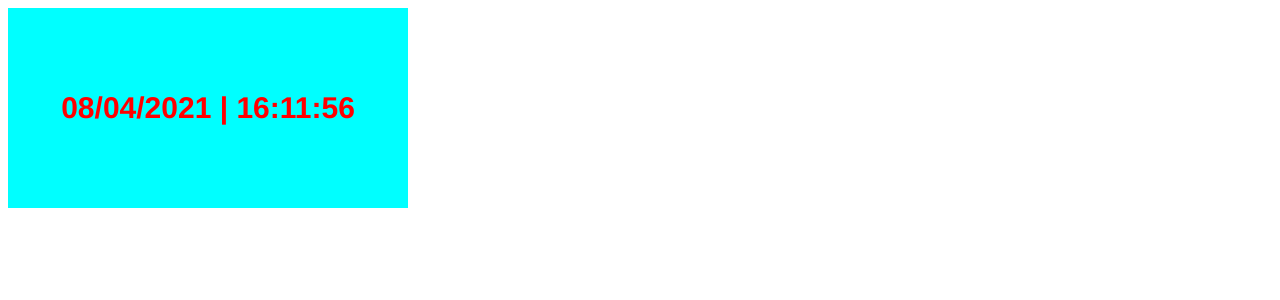
Repository: Widzisz/zadania-JavaScript
Page: www/index.html
These files come from the project's save history. The page is drawn as it stood at one moment and after the next save; the edit follows.
The browser window is 1280 px wide. The pictures show the whole page.

Above is the page before, as saved 2021-04-08 18:35:37.

### www/index.html
<!DOCTYPE HTML>
<html lang="pl">

<head>
	<meta charset="utf-8" />
	<link rel="stylesheet" href="main.css">
	<title>Odliczanie czasu</title>

	<script type="text/javascript" src="timer.js">
	</script>

</head>

<body onload="timer()">

	<div class="container">
		<div id="zegar"></div>
	</div>

	<script type="text/javascript">
	</script>

</body>

</html>

### www/main.css
.container {
  display: flex;
  justify-content: center;
  align-items: center;
  height: 200px;
  width: 400px;
  background-color: aqua;
  font-size: 20px;
}

#zegar {
    font-family: 'Franklin Gothic Medium', 'Arial Narrow', Arial, sans-serif;
    font-size: 1.5em;
    font-weight: bold;
    color: red;
    animation: color-change 5s infinite;
}

@keyframes color-change {
    0% { color: red; }
    50% { color: blue; }
    100% { color: red; }
  }

### www/timer.js







function timer() {
	let today = new Date();

	let day = today.getDate();
	if (day < 10) {
		day = "0" + day;
	}
	let month = today.getMonth() + 1;
	if (month < 10) {
		month = "0" + month;
	}
	let year = today.getFullYear();

	let hours = today.getHours();
	if (hours < 10) {
		hours = "0" + hours;
	}
	let minutes = today.getMinutes();
	if (minutes < 10) {
		minutes = "0" + minutes;
	}
	let seconds = today.getSeconds();
	if (seconds < 10) {
		seconds = "0" + seconds;
	}

	document.getElementById("zegar").innerHTML = day + "/" + month + "/" + year
		+ " " + "|" + " " + hours + ":" + minutes + ":" + seconds;

	setTimeout("timer()", 1000);
}


























































// function odliczanie() {
// 	var dzisiaj = new Date();

// 	var dzien = dzisiaj.getDate();
// 	var miesiac = dzisiaj.getMonth() + 1;
// 	var rok = dzisiaj.getFullYear();

// 	var godzina = dzisiaj.getHours();
// 	if (godzina < 10) godzina = "0" + godzina;

// 	var minuta = dzisiaj.getMinutes();
// 	if (minuta < 10) minuta = "0" + minuta;

// 	var sekunda = dzisiaj.getSeconds();
// 	if (sekunda < 10) sekunda = "0" + sekunda;

// 	document.getElementById("zegar").innerHTML =
// 		dzien + "/" + miesiac + "/" + rok + " | " + godzina + ":" + minuta + ":" + sekunda;

// 	setTimeout("odliczanie()", 1000);
// }

After the next save:
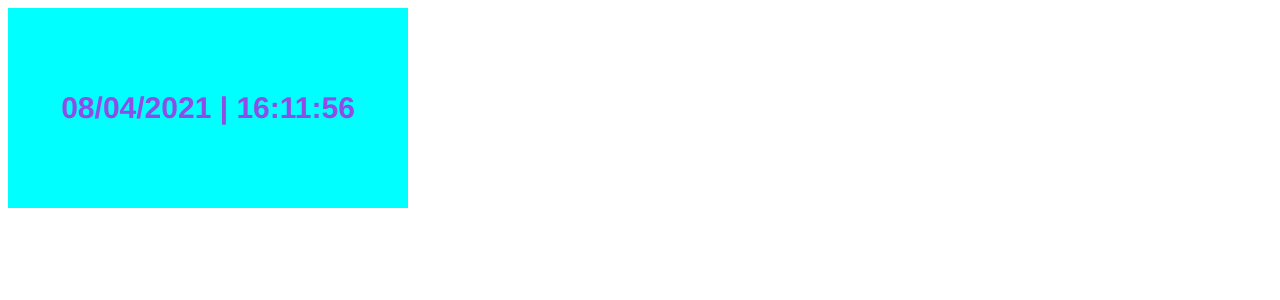
Saved 23 s later.
--- a/www/main.css
+++ b/www/main.css
@@ -17,7 +17,7 @@
 }
 
 @keyframes color-change {
-    0% { color: red; }
-    50% { color: blue; }
+    0% { color: rgb(143, 76, 230); }
+    50% { color: rgb(75, 180, 81); }
     100% { color: red; }
   }

After the 2 saves that followed:
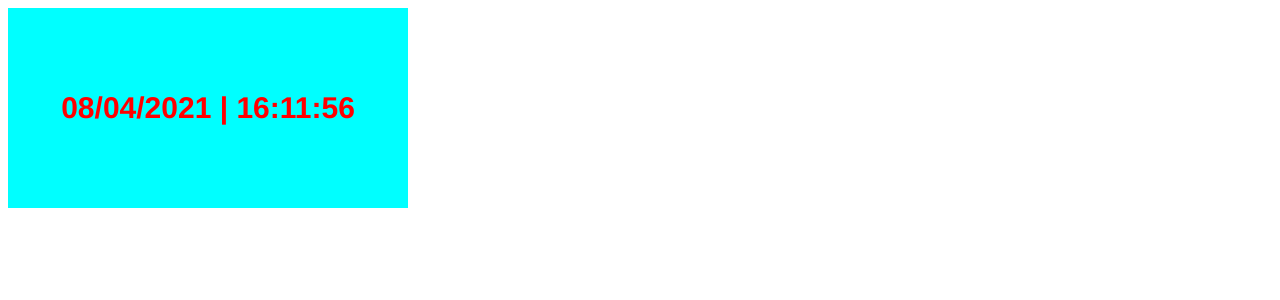
The 2 saves are shown as one change because 1 left the picture as it was.
The last was saved 2 min 25 s later.
--- a/www/main.css
+++ b/www/main.css
@@ -13,10 +13,12 @@
     font-size: 1.5em;
     font-weight: bold;
     color: red;
-    animation: color-change 5s infinite;
+    animation-name: name;
+    animation-duration: 4s;
+
 }
 
-@keyframes color-change {
+@keyframes name {
     0% { color: rgb(143, 76, 230); }
     50% { color: rgb(75, 180, 81); }
     100% { color: red; }
